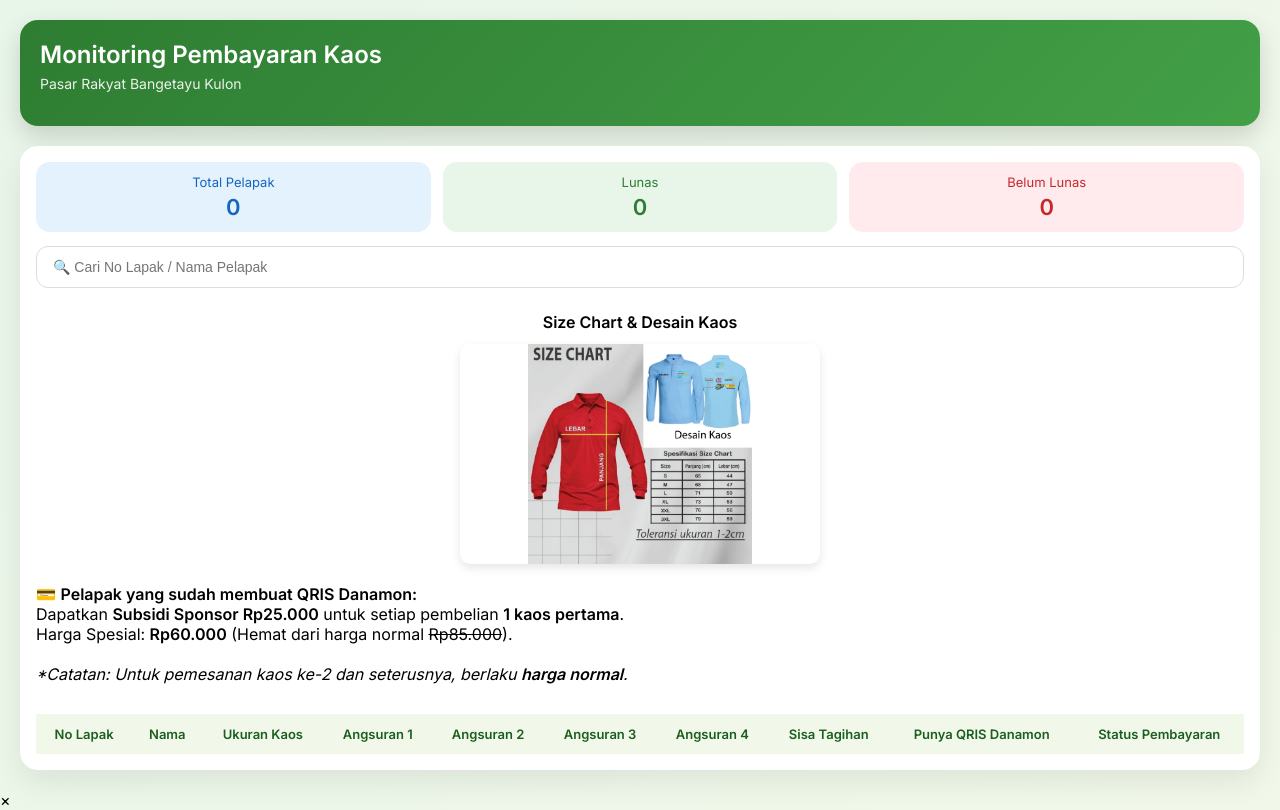
Repository: pasarrakyatbak/monitoringpembayarankaos
Page: index.html
The author's editor kept a copy of each file at every save. The page is drawn from the files as they stood at one save, then again after the next save.
The browser window is 1280 px wide. The pictures show the whole page.
The page's requests for data from a server got no answer.

Above is the page before, as saved 2026-01-04 14:34:07.

After the next save:
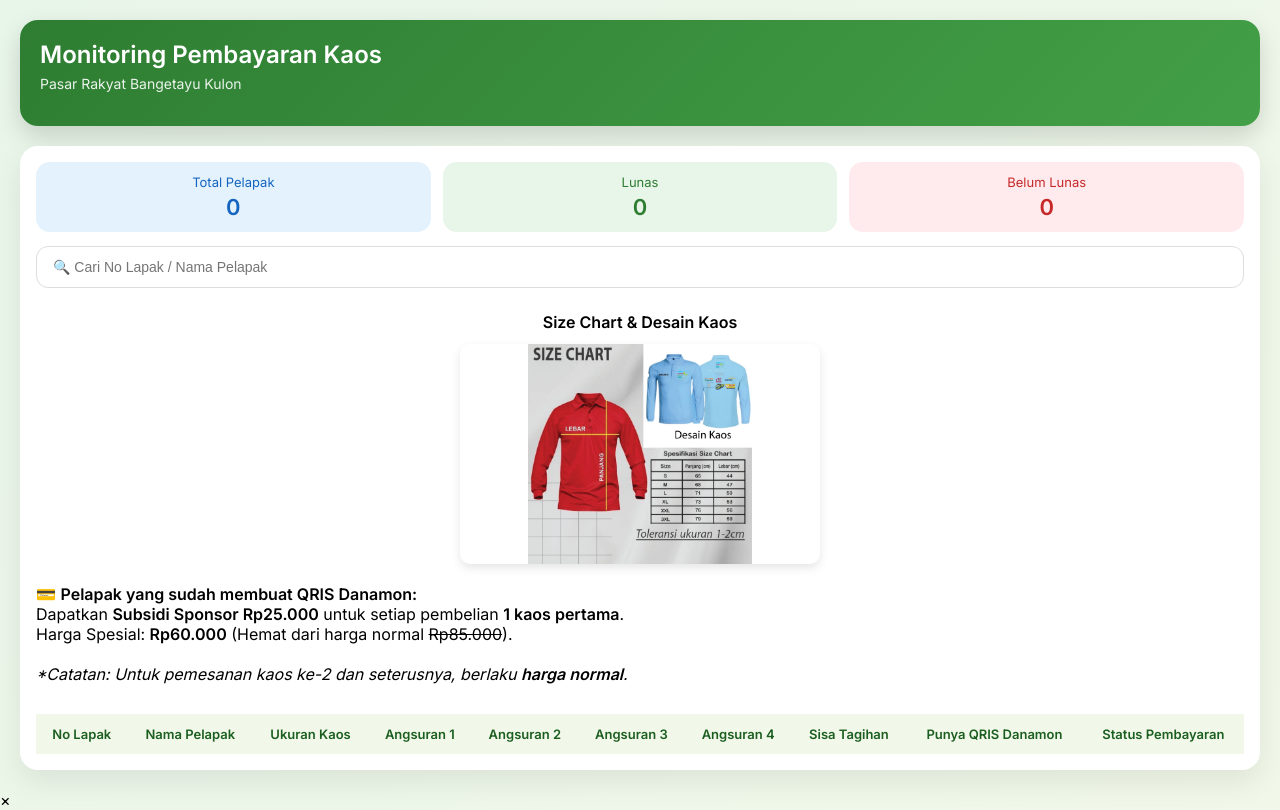
Saved 8 s later.
--- a/index.html
+++ b/index.html
@@ -72,7 +72,7 @@
                     <thead>
                         <tr>
                             <th>No Lapak</th>
-                            <th>Nama</th>
+                            <th>Nama Pelapak</th>
                             <th>Ukuran Kaos</th>
                             <th>Angsuran 1</th>
                             <th>Angsuran 2</th>
